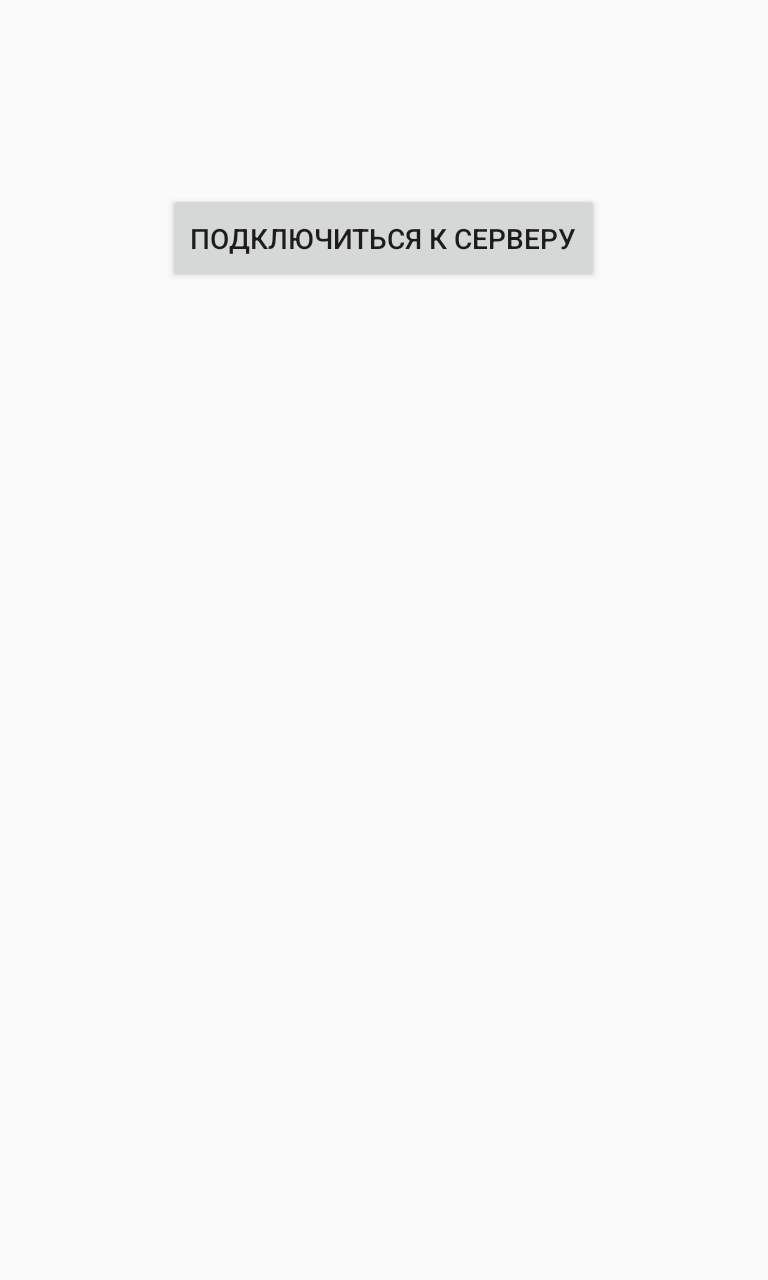
Repository: Laboratory711/Nightjar
Layout: android/Nightjar/workspace/Nightjar/res/layout/fragment_lab1.xml
An editor plug-in stored every save of this project. The layout is shown before and after the next save, followed by the edit.
It is drawn on a 768 x 1280 px phone screen (xhdpi) without system bars, with theme AppTheme; the app's code is not run.

Above is the layout before, as saved 2014-03-29 00:26:52.

### android/Nightjar/workspace/Nightjar/res/layout/fragment_lab1.xml
<RelativeLayout xmlns:android="http://schemas.android.com/apk/res/android"
    xmlns:tools="http://schemas.android.com/tools"
    android:layout_width="match_parent"
    android:layout_height="match_parent"
    android:paddingBottom="@dimen/activity_vertical_margin"
    android:paddingLeft="@dimen/activity_horizontal_margin"
    android:paddingRight="@dimen/activity_horizontal_margin"
    android:paddingTop="@dimen/activity_vertical_margin"
    tools:context="ru.vint.labsoo.Lab1$PlaceholderFragment" >

     <Button
        android:id="@+id/button1"
        android:layout_width="wrap_content"
        android:layout_height="wrap_content"
        android:layout_below="@+id/textView2"
        android:layout_centerHorizontal="true"
        android:onClick="onClickButtom1"
        android:text="@string/text_buttom_Name" />

    <TextView
        android:id="@+id/textView2"
        android:layout_width="wrap_content"
        android:layout_height="wrap_content"
        android:layout_alignParentTop="true"
        android:layout_centerHorizontal="true"
        android:layout_marginTop="60dp"
        android:text="@string/TV_text" />

    <Button
        android:id="@+id/button4"
        android:layout_width="wrap_content"
        android:layout_height="wrap_content"
        android:layout_alignLeft="@+id/button2"
        android:layout_alignRight="@+id/button2"
        android:layout_below="@+id/button2"
        android:onClick="onClicNP"
        android:text="@string/text_buttom4_Name"
        android:visibility="invisible" />

    <Button
        android:id="@+id/button2"
        android:layout_width="wrap_content"
        android:layout_height="wrap_content"
        android:layout_alignLeft="@+id/button1"
        android:layout_alignRight="@+id/button1"
        android:layout_below="@+id/button1"
        android:onClick="onClickBL"
        android:text="@string/text_buttom2_Name"
        android:visibility="invisible" />

</RelativeLayout>

### android/Nightjar/workspace/Nightjar/res/values/strings.xml
<?xml version="1.0" encoding="utf-8"?>
<resources xmlns:android="http://schemas.android.com/apk/res/android">

    <string android:id="@+id/string5" name="text_about" android:layout_width="wrap_content" android:layout_height="wrap_content">
        \n
        \tДанное приложение не функцианирует без серверной части.\n
        \n\t<b>Для установки соединения с сервером перейдите в раздел настройки и установите IP адрес сервера и порт(если на сервере используеться отличный от настроек по умолчанию).</b>\n\n
        \tПриложение управляет некоторыми возможностями компьютера с помощью скриптового языка AutoIT.\n
        \tБолее полную информацию можно посмотреть в документации к серверной части.\n
        \tПриложение написано группой студентов.\n
        \t\tКувшинов Иван\n
        \t\tАбаев Азамат\n
        \t\tКремнева Анастасия\n
        \t\tКузнецова Полина\n
        \t\tДимеденко Ольга\n
        \t\tИванова Анастасия\n
        \n
        \tИспользовать данную версию приложение можно совершенно безвозмездно. =)\n
	</string>
    <string name="app_name">LabSOO</string>
    <string name="hello_world">Hello world!</string>
    <string name="action_settings">Настройки</string>
    <string name="action_about">О программе</string>
    <string android:id="@+id/string1" name="text_IP" android:layout_width="wrap_content" android:layout_height="wrap_content">IP Адрес сервера</string>
    <string android:id="@+id/string2" name="text_Port" android:layout_width="wrap_content" android:layout_height="wrap_content">Адрес порта</string>
    <string android:id="@+id/string3" name="text_buttom_Name" android:layout_width="wrap_content" android:layout_height="wrap_content">Подключиться к серверу</string>
    <string android:id="@+id/string4" name="TV_text" android:layout_width="wrap_content" android:layout_height="wrap_content"></string>
    <string android:id="@+id/string6" name="text_buttom2_Name" android:layout_width="wrap_content" android:layout_height="wrap_content">Выполнить скрипт</string>
    <string android:id="@+id/string8" name="text_buttom4_Name" android:layout_width="wrap_content" android:layout_height="wrap_content">Открыть редактор</string>
    <string android:id="@+id/string9" name="text_List" android:layout_width="wrap_content" android:layout_height="wrap_content">Выбирите скрипт</string>
    <string name="pref_IP">IP_adres</string>
    <string name="pref_App">App</string>
    <string name="pref_Port">Prot</string>
    <string name="title_activity_list">List</string>
    <string name="about_title">О программе</string>
    <string name="title_activity_notepad">Notepad</string>

</resources>

Loaded but not shown: android/Nightjar/workspace/Nightjar/res/values/styles.xml (common file); android/Nightjar/workspace/Nightjar/res/values-v11/styles.xml (common file); android/Nightjar/workspace/Nightjar/res/values-v14/styles.xml (common file); android/Nightjar/workspace/Nightjar/res/values/dimens.xml (common file); android/Nightjar/workspace/Nightjar/res/values-w820dp/dimens.xml (common file)

After the next save:
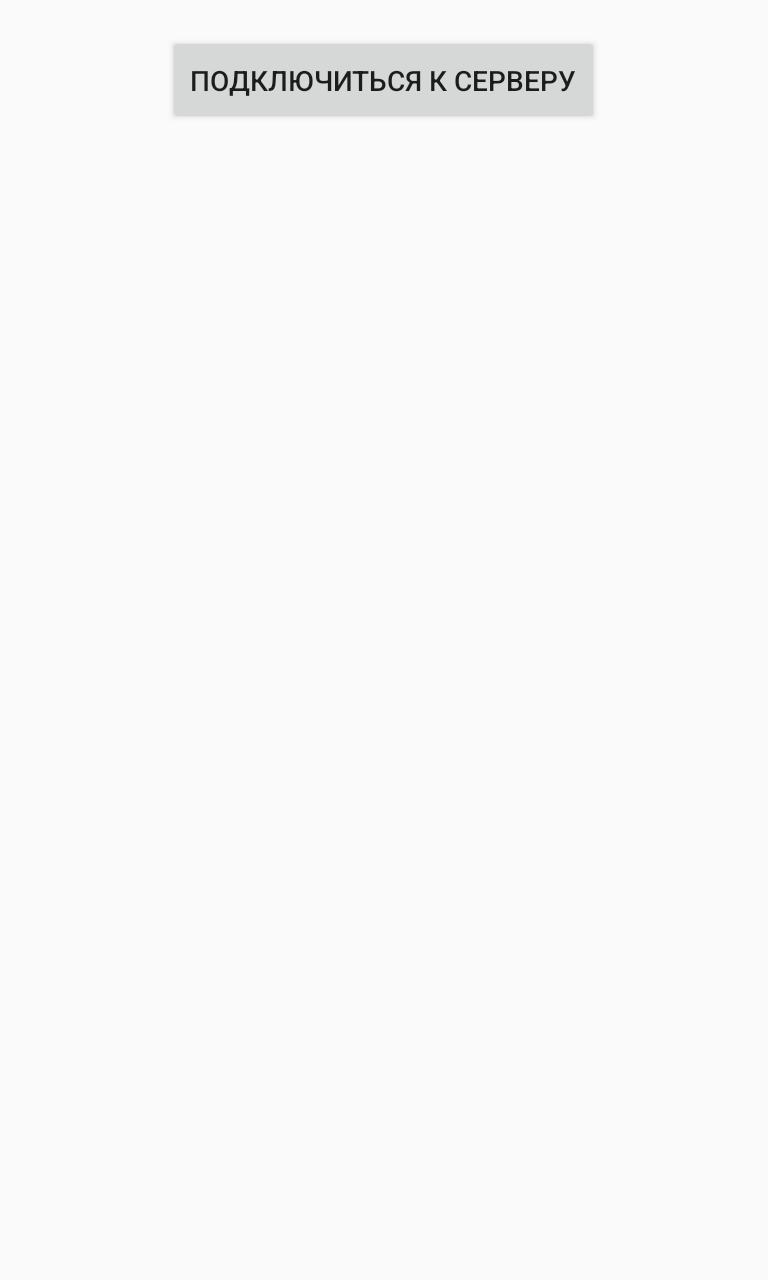
Saved 30 min 31 s later.
--- a/android/Nightjar/workspace/Nightjar/res/layout/fragment_lab1.xml
+++ b/android/Nightjar/workspace/Nightjar/res/layout/fragment_lab1.xml
@@ -16,15 +16,6 @@
         android:layout_centerHorizontal="true"
         android:onClick="onClickButtom1"
         android:text="@string/text_buttom_Name" />
-
-    <TextView
-        android:id="@+id/textView2"
-        android:layout_width="wrap_content"
-        android:layout_height="wrap_content"
-        android:layout_alignParentTop="true"
-        android:layout_centerHorizontal="true"
-        android:layout_marginTop="60dp"
-        android:text="@string/TV_text" />
 
     <Button
         android:id="@+id/button4"
